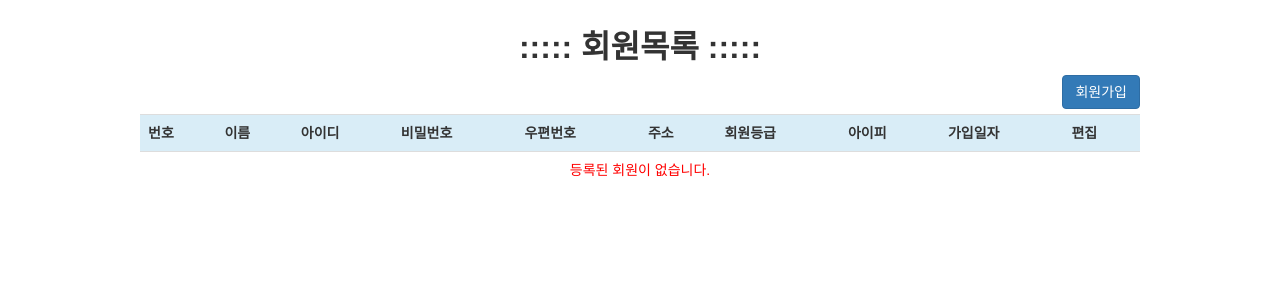
Repository: simDev1234/WebStudy
Page: http://localhost/2022_0602_MemberTest/member/list.do
The author's editor kept a copy of each file at every save. The page is drawn from the files as they stood at one save, then again after the next save.
The browser window is 1280 px wide. The pictures show the whole page.
The page is served by Tomcat 9. Other server files are loaded and not shown. Queries for data that is not in the repository find no rows.

Above is the page before, as saved 2022-06-02 03:42:57.

### _01_상반기_WebStudy/2022_0602_MemberTest/src/main/webapp/member/member_list.jsp
<%@ page language="java" contentType="text/html; charset=UTF-8"
    pageEncoding="UTF-8"%>
<%@ taglib prefix = "c"  uri = "http://java.sun.com/jsp/jstl/core" %>
<%@ taglib prefix = "fn" uri = "http://java.sun.com/jsp/jstl/functions" %>
<!DOCTYPE html>
<html>
<head>
<meta charset="UTF-8">
<title>로그인</title>
<!-- Bootstrap 3.x -->
<link rel="stylesheet" href="https://maxcdn.bootstrapcdn.com/bootstrap/3.4.1/css/bootstrap.min.css">
<script src="https://ajax.googleapis.com/ajax/libs/jquery/3.6.0/jquery.min.js"></script>
<script src="https://maxcdn.bootstrapcdn.com/bootstrap/3.4.1/js/bootstrap.min.js"></script>
<style type="text/css">
   #box{
     width : 1000px;
     margin : auto;
     margin-top : 30px;
   }

   #title{
     text-align  : center;
     font-size   : 32px;
     font-weight : bold;
   }

   #enroll{
     text-align : right;
     margin-bottom : 5px;
   }

   td{
     text-align : center;
   }
</style>
</head>
<body>
   <div id = "box">
      <h1 id = "title">::::: 회원목록 :::::</h1>

      <!-- 회원가입 -->
      <div id = "enroll">
         <input class = "btn btn-primary" type = "button" value = "회원가입">
      </div>

      <!-- 데이터 출력 -->
      <div>
         <table class = "table table-striped">
            <!-- title -->
            <tr class = "info">
              <th>번호</th>
              <th>이름</th>
              <th>아이디</th>
              <th>비밀번호</th>
              <th>우편번호</th>
              <th>주소</th>
              <th>회원등급</th>
              <th>아이피</th>
              <th>가입일자</th>
              <th>편집</th>
            </tr>
            <!-- data -->
            <!-- 데이터가 하나도 없는 경우 -->
            <c:if test = "${ empty list }">
              <tr>
                <td colspan = "10" align = "center">
                   <font color = "red">등록된 회원이 없습니다.</font>
                </td>
              </tr>
            </c:if>

            <!-- 데이터가 하나 이상 있는 경우 -->
            <c:forEach var = "vo" items = "${ list }">
              <tr>
                <td>${ vo.m_idx }</td>
                <td>${ vo.m_name }</td>
                <td>${ vo.m_id }</td>
                <td>${ vo.m_pwd }</td>
                <td>${ vo.m_zipcode }</td>
                <td>${ vo.m_addr }</td>
                <td>${ vo.m_grade }</td>
                <td>${ vo.m_ip }</td>
                <td>${ fn:substring(vo.m_regdate,0,10) }</td>
                <td>
                  <input class = "btn btn-info"   type = "button" value = "수정">
                  <input class = "btn btn-danger" type = "button" value = "삭제">
                </td>
              </tr>
            </c:forEach>
         </table>
      </div>
   </div>
</body>
</html>

### _01_상반기_WebStudy/2022_0602_MemberTest/src/main/java/action/MemberListAction.java
package action;

import java.io.IOException;
import java.util.List;

import javax.servlet.RequestDispatcher;
import javax.servlet.ServletException;
import javax.servlet.annotation.WebServlet;
import javax.servlet.http.HttpServlet;
import javax.servlet.http.HttpServletRequest;
import javax.servlet.http.HttpServletResponse;

import dao.MemberDao;
import vo.MemberVo;

/**
 * Servlet implementation class MemberListAction
 */
@WebServlet("/member/list.do")
public class MemberListAction extends HttpServlet {
	private static final long serialVersionUID = 1L;

	/**
	 * @see HttpServlet#HttpServlet()
	 */
	public MemberListAction() {
		super();
		// TODO Auto-generated constructor stub
	}

	/**
	 * @see HttpServlet#service(HttpServletRequest request, HttpServletResponse response)
	 */
	protected void service(HttpServletRequest request, HttpServletResponse response)
			throws ServletException, IOException {

		//회원목록 가져오기
		List<MemberVo> list = MemberDao.getInstance().selectList();

		//request binding
		request.setCharacterEncoding("utf-8");
		request.setAttribute("list", list);

		//forward
		String forward_page = "member_list.jsp";
		RequestDispatcher disp = request.getRequestDispatcher(forward_page);
		disp.forward(request, response);
	}

}

### _01_상반기_WebStudy/2022_0602_MemberTest/src/main/java/dao/MemberDao.java
package dao;

import java.sql.Connection;
import java.sql.PreparedStatement;
import java.sql.ResultSet;
import java.sql.SQLException;
import java.util.ArrayList;
import java.util.List;
import service.DBService;
import vo.MemberVo;

public class MemberDao {

	static MemberDao single = null;

	public static MemberDao getInstance() {
		if (single == null)
			single = new MemberDao();
		return single;
	}

	//외부에서 생성하지 말것
	private MemberDao() {

	}

	//전체조회
	public List<MemberVo> selectList() {

		List<MemberVo> list = new ArrayList<MemberVo>();

		Connection conn = null; //null을 일부로 초기값으로 설정
		PreparedStatement pstmt = null;
		ResultSet rs = null;
		String sql = "select * from member2 order by m_idx";

		try {

			//1. Connection 얻어오기
			conn = DBService.getInstance().getConnection();

			//2. PreparedStatment 얻어오기
			pstmt = conn.prepareStatement(sql);

			//3. ResultSet 얻어오기
			rs = pstmt.executeQuery();

			//4. 포장 (record -> Vo -> list)
			while (rs.next()) {

				//rs가 가리키는 레코드(행)의 값을 읽어오기

				//Vo로 포장
				MemberVo vo = new MemberVo();

				vo.setM_idx(rs.getInt("m_idx"));
				vo.setM_name(rs.getString("m_name"));
				vo.setM_id(rs.getString("m_id"));
				vo.setM_pwd(rs.getString("m_pwd"));
				vo.setM_zipcode(rs.getString("m_zipcode"));
				vo.setM_addr(rs.getString("m_addr"));
				vo.setM_grade(rs.getString("m_grade"));
				vo.setM_ip(rs.getString("m_ip"));
				vo.setM_regdate(rs.getString("m_regdate"));

				//list에 추가
				list.add(vo);

			}

		} catch (Exception e) {

			e.printStackTrace();

		} finally {

			try {
				//연결(생성)되어 있을 시, close  --why? 다음 명령 위해 연결 해제
				if (rs != null)
					rs.close();

				if (pstmt != null)
					pstmt.close();

				if (conn != null)
					conn.close();

			} catch (SQLException e) {
				// TODO Auto-generated catch block
				e.printStackTrace();
			}

		}

		return list;

	}

	//m_idx에 해당되는 객체 1건 구하기
	public MemberVo selectOne(int m_idx) {

		MemberVo vo = null;
		Connection conn = null; //null을 일부로 초기값으로 설정
		PreparedStatement pstmt = null;
		ResultSet rs = null;
		String sql = "select * from member2 where m_idx = ?";

		try {

			//1. Connection 얻어오기
			conn = DBService.getInstance().getConnection();

			//2. PreparedStatment 얻어오기
			pstmt = conn.prepareStatement(sql);

			//3. pstmt 세팅
			pstmt.setInt(1, m_idx);

			//4. ResultSet 얻어오기
			rs = pstmt.executeQuery();

			//5. 포장 (record -> Vo)
			if (rs.next()) {

				//Vo로 포장
				vo = new MemberVo();

				vo.setM_idx(rs.getInt("m_idx"));
				vo.setM_name(rs.getString("m_name"));
				vo.setM_id(rs.getString("m_id"));
				vo.setM_pwd(rs.getString("m_pwd"));
				vo.setM_zipcode(rs.getString("m_zipcode"));
				vo.setM_addr(rs.getString("m_addr"));
				vo.setM_grade(rs.getString("m_grade"));
				vo.setM_ip(rs.getString("m_ip"));
				vo.setM_regdate(rs.getString("m_regdate"));

			}

		} catch (Exception e) {

			e.printStackTrace();

		} finally {

			try {
				//연결(생성)되어 있을 시, close  --why? 다음 명령 위해 연결 해제
				if (rs != null)
					rs.close();

				if (pstmt != null)
					pstmt.close();

				if (conn != null)
					conn.close();

			} catch (SQLException e) {
				// TODO Auto-generated catch block
				e.printStackTrace();
			}

		}

		return vo;

	}

	//m_id에 해당되는 객체 1건 구하기
	public MemberVo selectOne(String m_id) {

		MemberVo vo = null;
		Connection conn = null; //null을 일부로 초기값으로 설정
		PreparedStatement pstmt = null;
		ResultSet rs = null;
		String sql = "select * from member2 where m_id = ?";

		try {

			//1. Connection 얻어오기
			conn = DBService.getInstance().getConnection();

			//2. PreparedStatment 얻어오기
			pstmt = conn.prepareStatement(sql);

			//3. pstmt 세팅
			pstmt.setString(1, m_id);

			//4. ResultSet 얻어오기
			rs = pstmt.executeQuery();

			//5. 포장 (record -> Vo)
			if (rs.next()) {

				//Vo로 포장
				vo = new MemberVo();

				vo.setM_idx(rs.getInt("m_idx"));
				vo.setM_name(rs.getString("m_name"));
				vo.setM_id(rs.getString("m_id"));
				vo.setM_pwd(rs.getString("m_pwd"));
				vo.setM_zipcode(rs.getString("m_zipcode"));
				vo.setM_addr(rs.getString("m_addr"));
				vo.setM_grade(rs.getString("m_grade"));
				vo.setM_ip(rs.getString("m_ip"));
				vo.setM_regdate(rs.getString("m_regdate"));

			}

		} catch (Exception e) {

			e.printStackTrace();

		} finally {

			try {
				//연결(생성)되어 있을 시, close  --why? 다음 명령 위해 연결 해제
				if (rs != null)
					rs.close();

				if (pstmt != null)
					pstmt.close();

				if (conn != null)
					conn.close();

			} catch (SQLException e) {
				// TODO Auto-generated catch block
				e.printStackTrace();
			}

		}

		return vo;

	}

	//insert
	public int insert(MemberVo vo) {

		int res = 0;

		Connection        conn  = null;
		PreparedStatement pstmt = null;
		                                                                             // 1 2 3 4 5 6 7 (parameter index)
		String            sql   = "insert into member2 values(seq_member2_m_idx.nextVal,?,?,?,?,?,?,?,sysdate)";

		try {
			//1. Connection 얻어오기
			conn = DBService.getInstance().getConnection();

			//2. PreparedStatment 얻어오기
			pstmt = conn.prepareStatement(sql);

			//3. parameter 세팅 [[ 데이터 타입에 맞추어 세팅해야함 ]]
			pstmt.setString(1, vo.getM_name());
			pstmt.setString(2, vo.getM_id());
			pstmt.setString(3, vo.getM_pwd());
			pstmt.setString(4, vo.getM_zipcode());
			pstmt.setString(5, vo.getM_addr());
			pstmt.setString(6, vo.getM_grade());
			pstmt.setString(7, vo.getM_ip());

			//3. DML(insert/update/delete) : res <- 처리된 행수를 반환
			res = pstmt.executeUpdate();

		} catch (Exception e) {

			e.printStackTrace();

		} finally {

			//닫기 (열린 역순으로)
			try {
				if (pstmt != null) pstmt.close();
				if (conn != null) conn.close();
			} catch (SQLException e2) {
				e2.printStackTrace();
			}

		}

		return res;

	}//end insert()

}

### _01_상반기_WebStudy/2022_0602_MemberTest/src/main/java/service/DBService.java
package service;

import java.sql.Connection;
import java.sql.SQLException;

import javax.naming.InitialContext;
import javax.naming.NamingException;
import javax.sql.DataSource;

public class DBService {

	DataSource ds;

	static DBService single = null;

	public static DBService getInstance() {
		if (single == null)
			single = new DBService();
		return single;
	}

	private DBService() {

		//JNDI (Java Naming Directory Interface)

		try {
			//1. InitialContext 생성
			InitialContext ic = new InitialContext();

			//2. Resource의 저장소 Context 정보 구하기
			//Context context = (Context) ic.lookup("java:comp/env");

			//3. Context 내의 Resource 정보를 획득
			//ds = (DataSource) context.lookup("jdbc/oracle_test");

			ds = (DataSource) ic.lookup("java:comp/env/jdbc/oracle");

		} catch (NamingException e) {

			e.printStackTrace();

		}

	}

	//DBCP에 저장된 커넥션 얻어오기
	public Connection getConnection() throws SQLException{

		return ds.getConnection();

	}

}

After the next save:
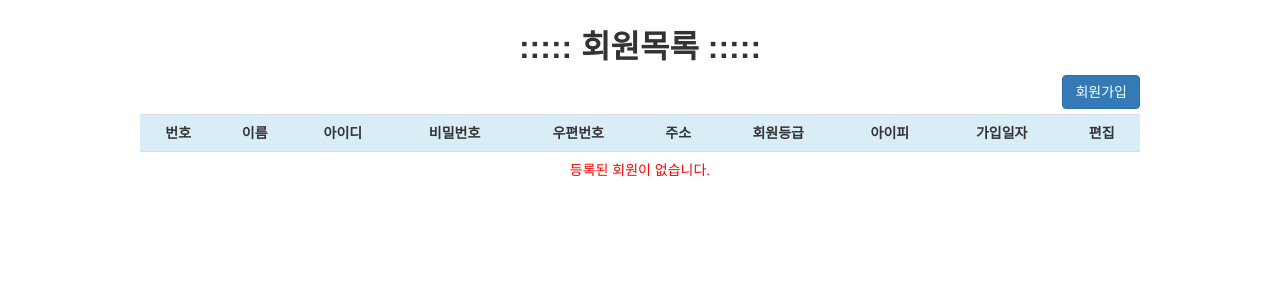
Saved 47 s later.
--- a/_01_상반기_WebStudy/2022_0602_MemberTest/src/main/webapp/member/member_list.jsp
+++ b/_01_상반기_WebStudy/2022_0602_MemberTest/src/main/webapp/member/member_list.jsp
@@ -29,7 +29,7 @@
      margin-bottom : 5px;
    }
 
-   td{
+   th{
      text-align : center;
    }
 </style>
